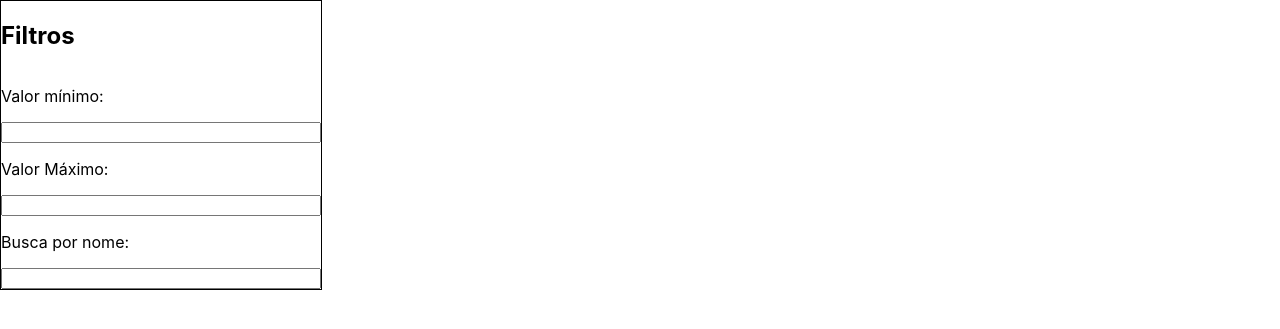
Repository: future4code/Shaw-labe-commerce9
Page: /
An editor plug-in stored every save of this project. The page is shown before and after the next save, followed by the edit.
The browser window is 1280 px wide. The pictures show the whole page.
The project was rebuilt for these pictures with package versions that can differ from the ones it lists, and the page was loaded fresh each time. Also part of the build but not shown: src/App.css.

Above is the page before, as saved 2022-03-30 16:20:40.

After the next save:
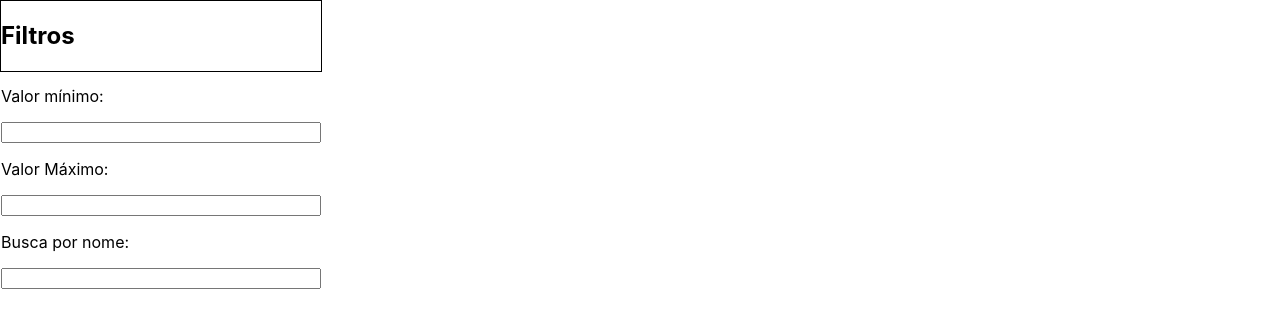
Saved 9 s later.
--- a/src/components/filtro.jsx
+++ b/src/components/filtro.jsx
@@ -8,7 +8,7 @@ flex-direction: column;
 justify-content: flex-start;
 width: 25%;
 border: 1px solid black;
-height:auto;
+height:70px;
 
 
 `
